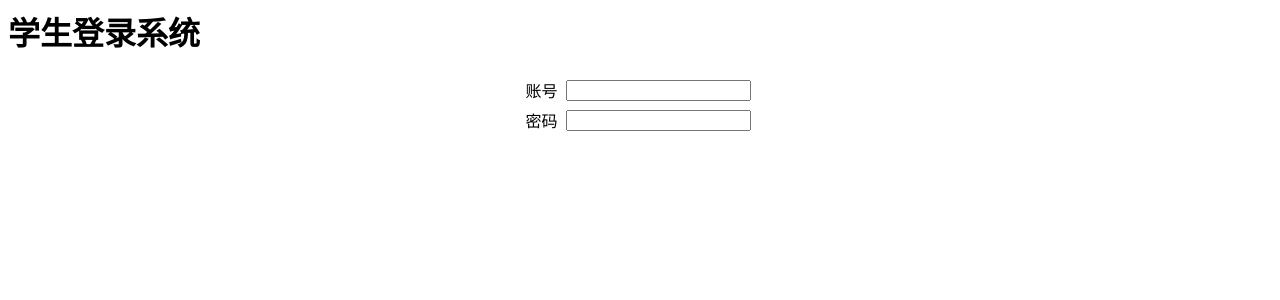
Repository: qq847261175/JavaWeb
Page: http://localhost/Student_Manager_Systerm/
An editor plug-in stored every save of this project. The page is shown before and after the next save, followed by the edit.
The browser window is 1280 px wide. The pictures show the whole page.
The page is served by Tomcat 9.

Above is the page before, as saved 2016-10-28 17:23:50.

After the next save:
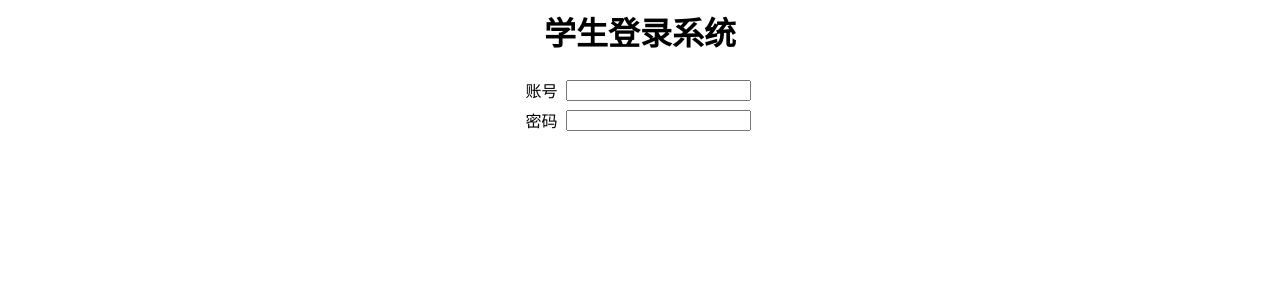
Saved 8 s later.
--- a/Student_Manager_Systerm/WebRoot/index.jsp
+++ b/Student_Manager_Systerm/WebRoot/index.jsp
@@ -11,8 +11,9 @@ String basePath = request.getScheme()+"://"+request.getServerName()+":"+request.
   </head>
 
   <body>
-  <h1>学生登录系统</h1>
+
   <div align="center">
+    <h1>学生登录系统</h1>
   <form action="LoginServlet" method="post">
     <table>
     <tr>
